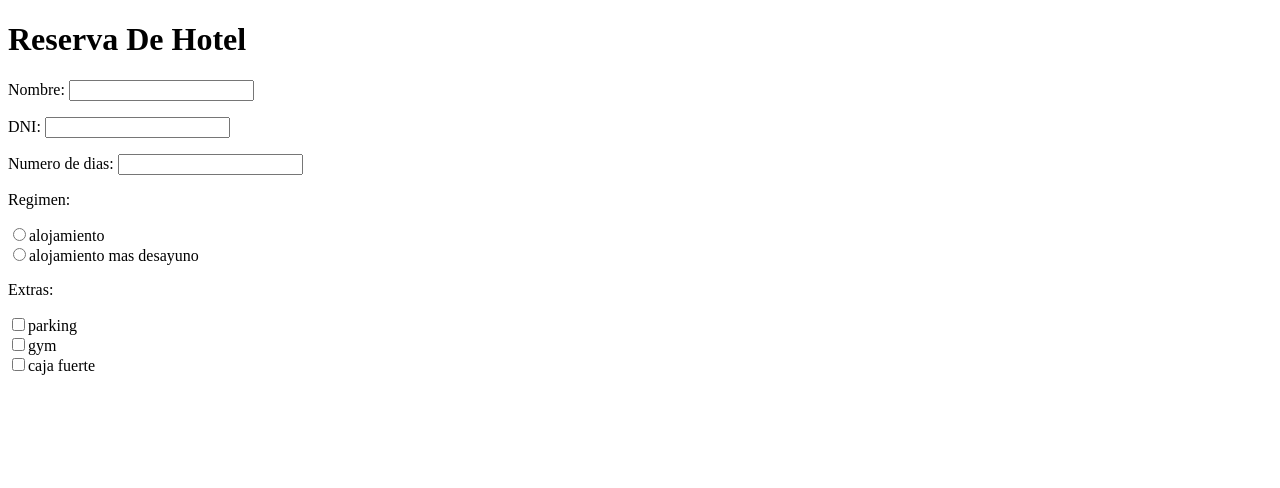
Repository: weertop/2DAW
Page: http://localhost/Formularios/hotel.jsp
An editor plug-in stored every save of this project. The page is shown before and after the next save, followed by the edit.
The browser window is 1280 px wide. The pictures show the whole page.
The page is served by Tomcat 9. Other server files are loaded and not shown.

Above is the page before, as saved 2019-10-02 10:37:58.

### DWServidor/eclipse-workspace-photom/Formularios/WebContent/hotel.jsp
<%@ page language="java" contentType="text/html; charset=UTF-8"
    pageEncoding="UTF-8"%>
<%@ page import="java.util.*, java.text.*" %>
<!DOCTYPE html>
<html>
<head>
<meta charset="UTF-8">
<title>Insert title here</title>
</head>
<body>
	<h1>Reserva De Hotel</h1>
	<form action="destinoHotel" method="post">
		<p>Nombre: <input type="text" name="nombre"/></p>
		<p>DNI: <input type="text" name="dni"/></p>
		<p>Numero de dias: <input type="number" name="dias"/></p>
		<p>Regimen: </p>
		<input type="radio" name="tipo" value="alojamiento"/>alojamiento<br/>
		<input type="radio" name="tipo" value="aloydesayuno"/>alojamiento mas desayuno<br/>
		<p>Extras: </p>
		<input type="checkbox" name="parking" value="parking"/>parking<br/>
		<input type="checkbox" name="gym" value="gym"/>gym<br/>
		<input type="checkbox" name="caja" value="caja"/>caja fuerte<br/>
	</form>
</body>
</html>

After the next save:
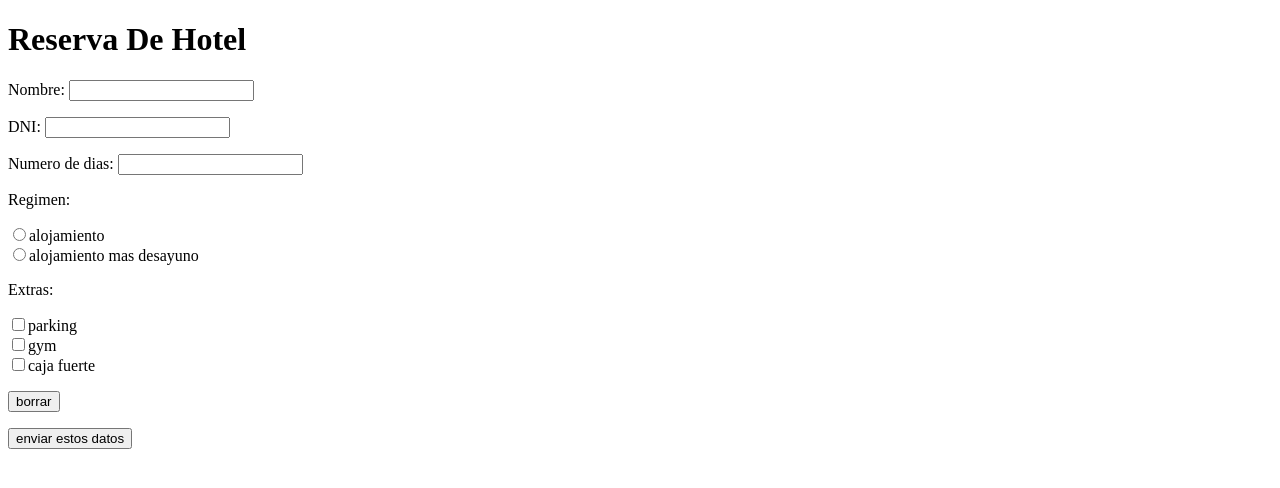
Saved 56 s later.
--- a/DWServidor/eclipse-workspace-photom/Formularios/WebContent/hotel.jsp
+++ b/DWServidor/eclipse-workspace-photom/Formularios/WebContent/hotel.jsp
@@ -13,13 +13,18 @@
 		<p>Nombre: <input type="text" name="nombre"/></p>
 		<p>DNI: <input type="text" name="dni"/></p>
 		<p>Numero de dias: <input type="number" name="dias"/></p>
+
 		<p>Regimen: </p>
 		<input type="radio" name="tipo" value="alojamiento"/>alojamiento<br/>
 		<input type="radio" name="tipo" value="aloydesayuno"/>alojamiento mas desayuno<br/>
+
 		<p>Extras: </p>
 		<input type="checkbox" name="parking" value="parking"/>parking<br/>
 		<input type="checkbox" name="gym" value="gym"/>gym<br/>
 		<input type="checkbox" name="caja" value="caja"/>caja fuerte<br/>
+
+		<p> <input type="reset" name="borrar" value="borrar" />	</p>
+		<p> <input type="submit" name="enviar" value="enviar estos datos" /> </p> <!-- el value es lo que se enviara -->
 	</form>
 </body>
 </html>
